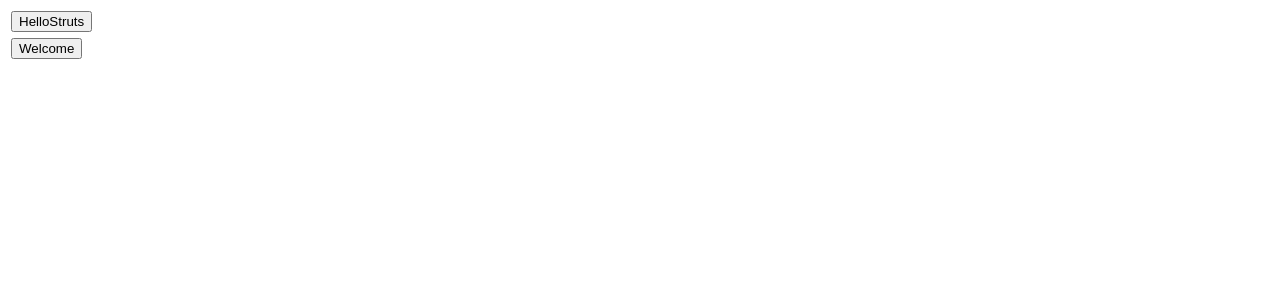
Repository: kazutoshiyamamoto0909/test
Page: http://localhost/WebProj2/
An editor plug-in stored every save of this project. The page is shown before and after the next save, followed by the edit.
The browser window is 1280 px wide. The pictures show the whole page.
The page is served by Tomcat 9. Other server files are loaded and not shown.

Above is the page before, as saved 2018-08-30 07:49:47.

### WebProj2/WebContent/index.jsp
<%@ page language="java" contentType="text/html; charset=UTF-8"
	pageEncoding="UTF-8"%>
<%@ taglib prefix="s" uri="/struts-tags"%>
<!DOCTYPE html>
<html>
<head>
<meta charset="utf-8">
<title>INDEX</title>
</head>
<body>

	<s:form action="HelloStrutsAction">
		<s:submit value="HelloStruts" />
	</s:form>

	<s:form action="WelcomeAction">
		<s:submit value="Welcome" />
	</s:form>

</body>
</html>

After the next save:
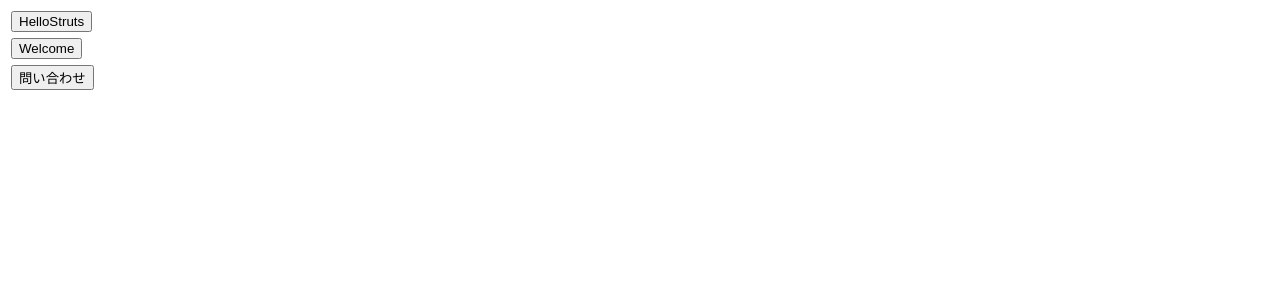
Saved 4 min 21 s later.
--- a/WebProj2/WebContent/index.jsp
+++ b/WebProj2/WebContent/index.jsp
@@ -17,5 +17,9 @@
 		<s:submit value="Welcome" />
 	</s:form>
 
+	<s:form action="InquiryAction">
+		<s:submit value="問い合わせ" />
+	</s:form>
+
 </body>
 </html>
